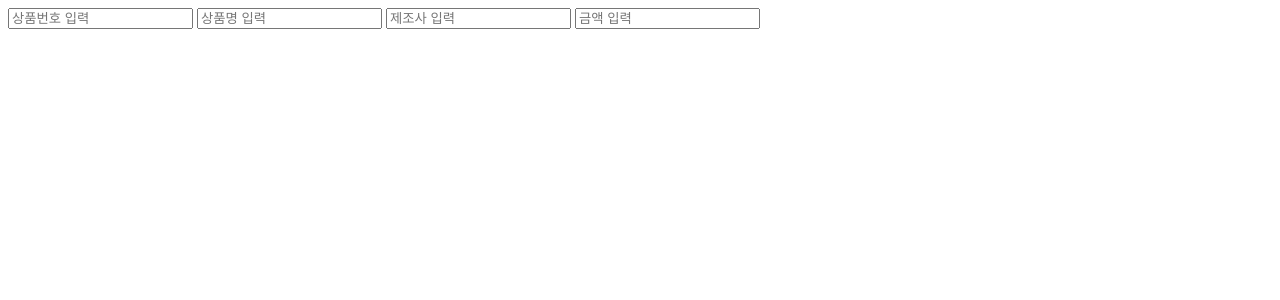
Repository: phantom5820/Spring
Page: http://localhost/Product_Test/product_manager.jsp
An editor plug-in stored every save of this project. The page is shown before and after the next save, followed by the edit.
The browser window is 1280 px wide. The pictures show the whole page.
The page is served by Tomcat 9. Other server files are loaded and not shown.

Above is the page before, as saved 2021-01-27 07:43:05.

### Product_Test/WebContent/product_manager.jsp
<%@ page language="java" contentType="text/html; charset=UTF-8"
    pageEncoding="UTF-8"%>

<!DOCTYPE html>
<html>
<head>
<meta charset="UTF-8">
<title>상품 입력 페이지</title>
<script src="https://ajax.googleapis.com/ajax/libs/jquery/3.5.1/jquery.min.js"></script>
</head>
<body>



	<form id="frm">
		<input type="text" name = "product_no" placeholder="상품번호 입력">
		<input type="text" name = "product_name" placeholder="상품명 입력">
		<input type="text" name = "maker" placeholder="제조사 입력">
		<input type="text" name = "price" placeholder="금액 입력">

	</form>

</body>
</html>

After the next save:
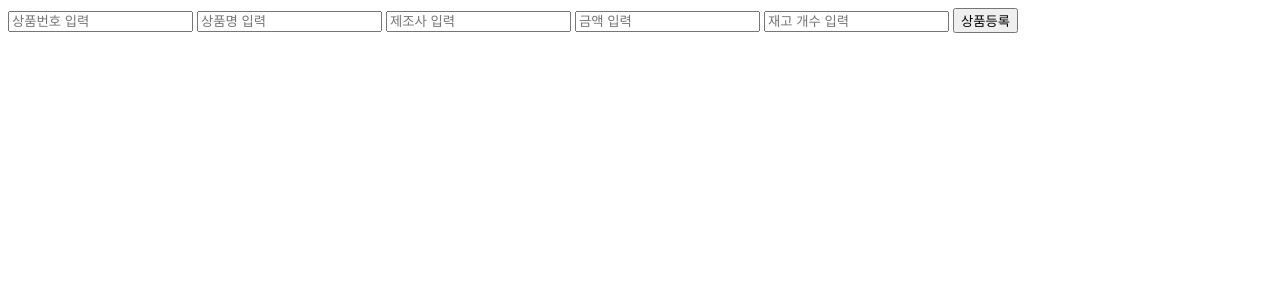
Saved 60 s later.
--- a/Product_Test/WebContent/product_manager.jsp
+++ b/Product_Test/WebContent/product_manager.jsp
@@ -17,6 +17,8 @@
 		<input type="text" name = "product_name" placeholder="상품명 입력">
 		<input type="text" name = "maker" placeholder="제조사 입력">
 		<input type="text" name = "price" placeholder="금액 입력">
+		<input type="text" name = "ea" placeholder="재고 개수 입력">
+		<button type="button">상품등록</button>
 
 	</form>
 
